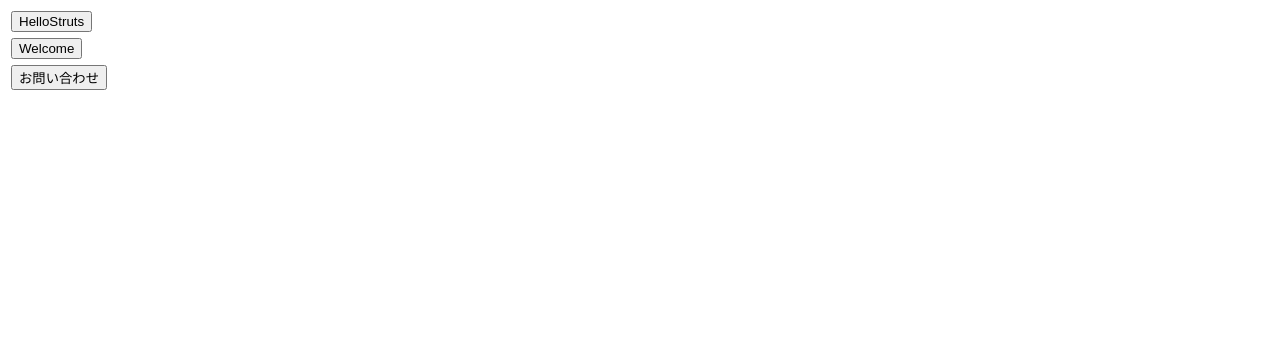
Repository: NoriakiYasumura/test01
Page: http://localhost/WebProj/
An editor plug-in stored every save of this project. The page is shown before and after the next save, followed by the edit.
The browser window is 1280 px wide. The pictures show the whole page.
The page is served by Tomcat 9.

Above is the page before, as saved 2019-03-19 07:11:56.

After the next save:
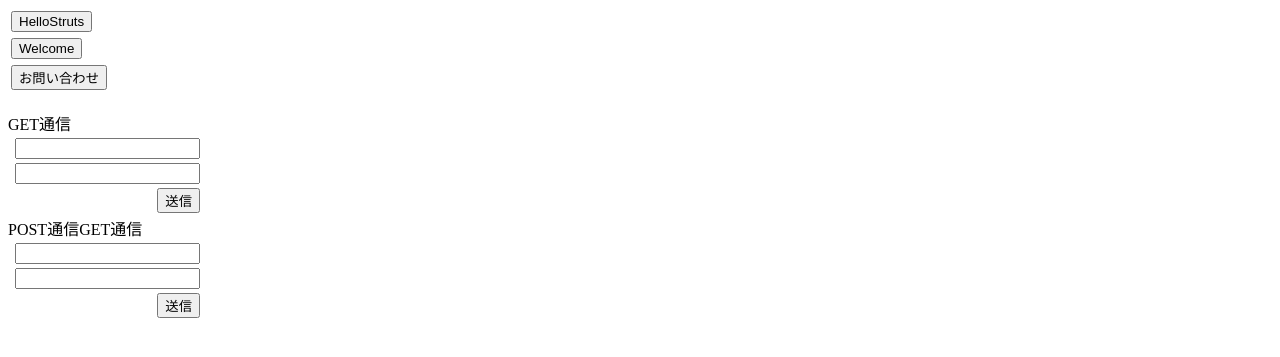
Saved 17 min 13 s later.
--- a/WebProj/WebContent/index.jsp
+++ b/WebProj/WebContent/index.jsp
@@ -20,5 +20,20 @@
 			<s:submit value="お問い合わせ"/>
 		</s:form>
 
+		<br>
+		GET通信
+		<s:form method="get" action="TestAction">
+			<s:textfield name="username"/>
+			<s:password name="password"/>
+			<s:submit value="送信"/>
+		</s:form>
+		POST通信GET通信
+		<s:form method="post" action="TestAction">
+			<s:textfield name="username"/>
+			<s:password name="password"/>
+			<s:submit value="送信"/>
+		</s:form>
+
+
 	</body>
 </html>
